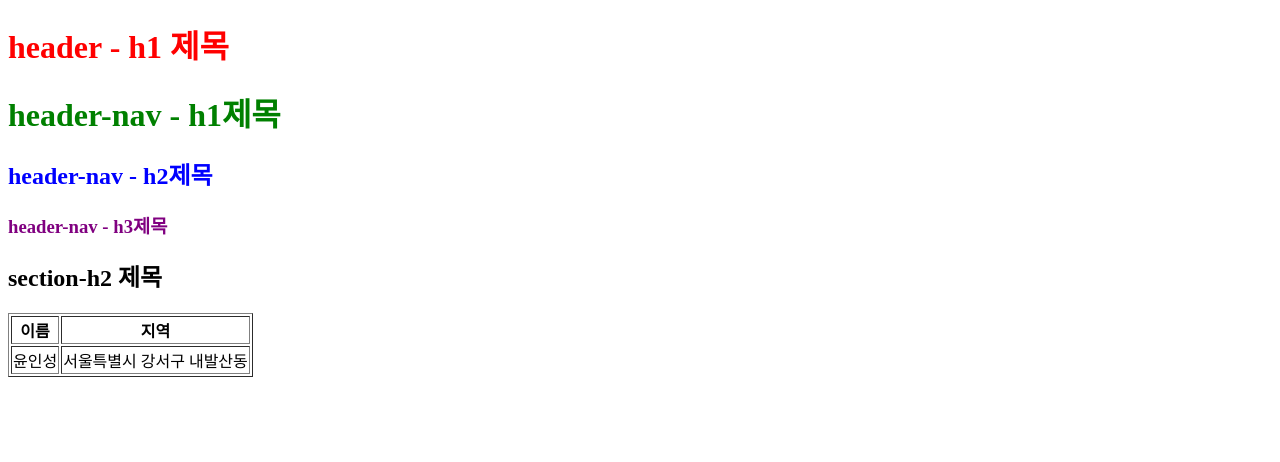
Repository: dudadab/Hhyundaiezwel_Academy
Page: CSS01/src/main/webapp/14_childSelector.html
An editor plug-in stored every save of this project. The page is shown before and after the next save, followed by the edit.
The browser window is 1280 px wide. The pictures show the whole page.

Above is the page before, as saved 2025-07-02 02:31:17.

After the next save:
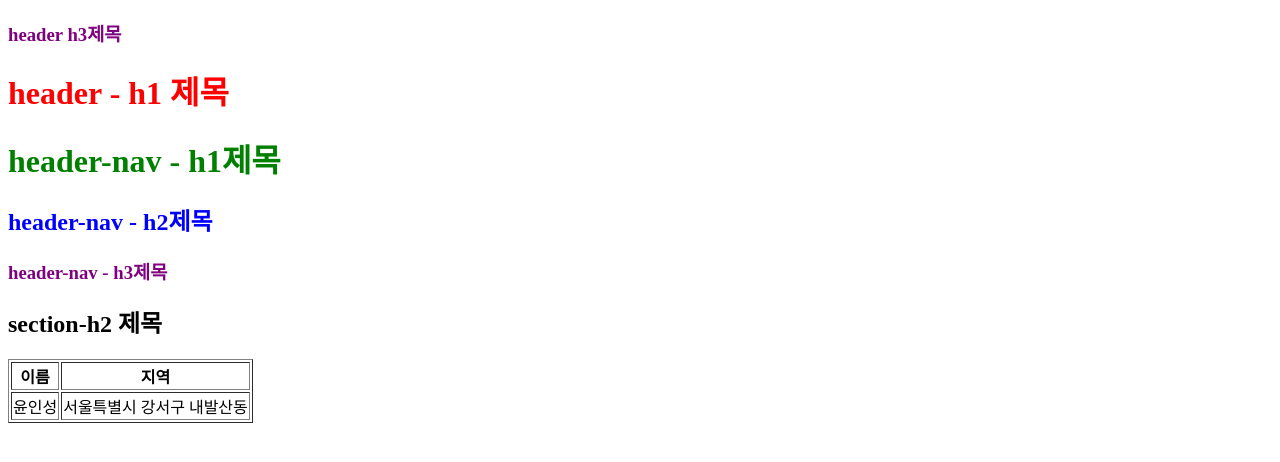
Saved 31 s later.
--- a/CSS01/src/main/webapp/14_childSelector.html
+++ b/CSS01/src/main/webapp/14_childSelector.html
@@ -22,6 +22,7 @@
 	</head>
 	<body>
 		<div id="header">
+			<h3>header h3제목</h3>
         	<h1 class="title">header - h1 제목</h1>
 	        <div id="nav">
 	            <h1>header-nav - h1제목</h1>
